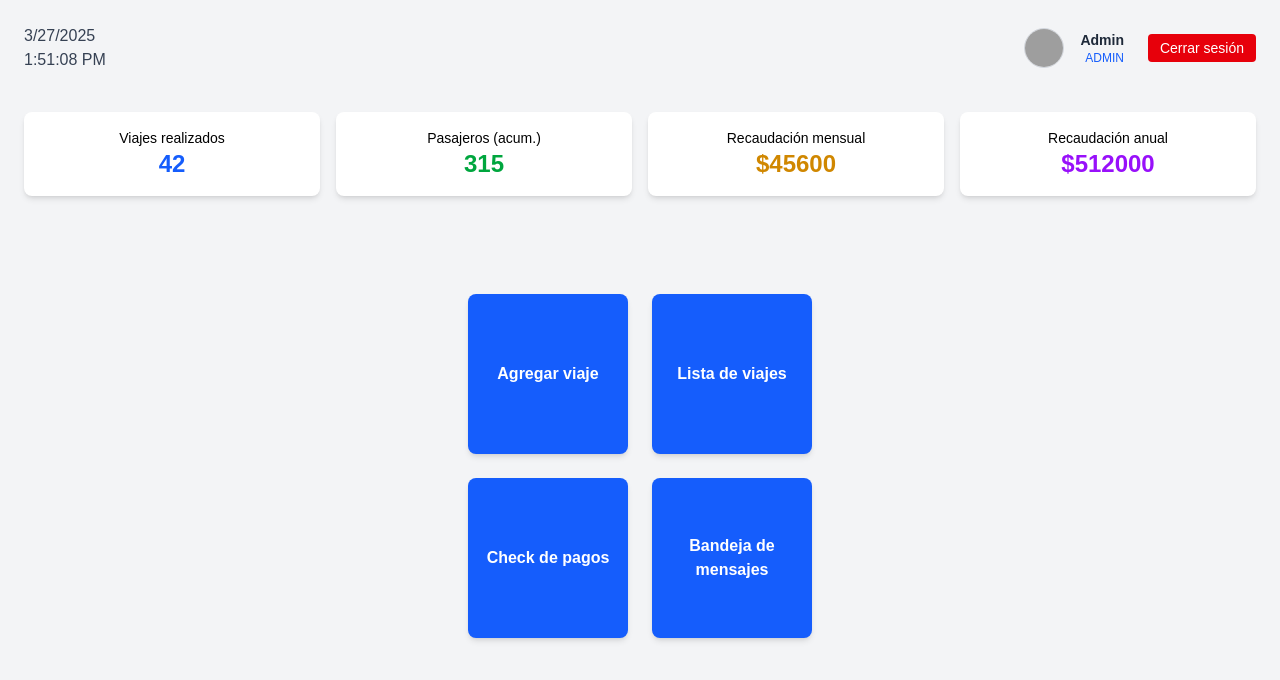
Repository: francoluca35/appcolectivos
Page: /homeadmin
These files come from the project's save history. The page is drawn as it stood at one moment and after the next save; the edit follows.
The browser window is 1280 px wide. The pictures show the whole page.
Pictures or frames that could not be fetched are drawn as grey boxes. The project was rebuilt for these pictures with package versions that can differ from the ones it lists, and the page was loaded fresh each time. The framework's server and built-in components were replaced by stand-ins that run in the browser. Also part of the build but not shown: next.config.mjs.

Above is the page before, as saved 2025-03-27 23:06:41.

### src/app/homeadmin/page.js
"use client";

import React, { useEffect, useState } from "react";
import { useRouter } from "next/navigation";
import EstadisticasPanel from "../components/EstadisticasPanel";

export default function HomeAdmin() {
  const [fechaHora, setFechaHora] = useState(new Date());
  const router = useRouter();

  const usuario = JSON.parse(localStorage.getItem("adminUser")) || {
    username: "Admin",
    role: "admin",
  };
  const stats = {
    cantidadViajes: 42,
    cantidadPasajeros: 315,
    recaudacionMensual: 45600,
    recaudacionAnual: 512000,
  };

  useEffect(() => {
    const interval = setInterval(() => setFechaHora(new Date()), 1000);
    return () => clearInterval(interval);
  }, []);

  const botones = [
    { texto: "Agregar viaje", ruta: "/agregarviaje" },
    { texto: "Lista de viajes", ruta: "/listaviajes" },
    { texto: "Check de pagos", ruta: "/checkpagos" },
    { texto: "Bandeja de mensajes", ruta: "/mensajes" },
  ];

  return (
    <div className="min-h-screen bg-gray-100 p-6 flex flex-col">
      {/* Header */}
      <div className="flex justify-between items-center mb-10">
        {/* Fecha y hora */}
        <div className="text-gray-700 font-medium">
          <p>{fechaHora.toLocaleDateString()}</p>
          <p>{fechaHora.toLocaleTimeString()}</p>
        </div>


<div className="flex items-center gap-4">
  <img
    src="/avatar.png"
    alt="User Avatar"
    className="w-10 h-10 rounded-full border border-gray-300"
  />
  <div className="text-right">
    <p className="text-sm font-bold text-gray-800">{usuario.username}</p>
    <p className="text-xs text-blue-600 uppercase">{usuario.role}</p>
  </div>
  <button
    onClick={() => {
      localStorage.removeItem("adminUser");
      router.push("/admin");
    }}
    className="ml-2 px-3 py-1 text-sm text-white bg-red-600 rounded hover:bg-red-700 transition"
  >
    Cerrar sesión
  </button>
</div>

      </div>
      <EstadisticasPanel stats={stats} />

      {/* Cuadrícula de botones */}
      <div className="flex-grow flex justify-center items-center relative">
  {/* Cuadrícula de botones */}
  <div className="grid grid-cols-2 gap-6">
    {botones.map((btn, i) => (
      <button
        key={i}
        onClick={() => router.push(btn.ruta)}
        className="w-40 h-40 bg-blue-600 text-white font-semibold text-center rounded-lg shadow-md hover:bg-blue-700 transition"
      >
        {btn.texto}
      </button>
    ))}
  </div>

  {/* Botón de logout al centro */}

</div>
    </div>
  );
}

### src/app/components/EstadisticasPanel.js
import React from "react";

export default function EstadisticasPanel({ stats }) {
  return (
    <div className="grid grid-cols-2 md:grid-cols-4 gap-4 mb-10">
      <div className="bg-white shadow-md rounded-lg p-4 text-center">
        <p className="text-sm text-black">Viajes realizados</p>
        <p className="text-2xl font-bold text-blue-600">{stats.cantidadViajes}</p>
      </div>
      <div className="bg-white shadow-md rounded-lg p-4 text-center">
        <p className="text-sm text-black">Pasajeros (acum.)</p>
        <p className="text-2xl font-bold text-green-600 ">{stats.cantidadPasajeros}</p>
      </div>
      <div className="bg-white shadow-md rounded-lg p-4 text-center">
        <p className="text-sm text-black">Recaudación mensual</p>
        <p className="text-2xl font-bold text-yellow-600">${stats.recaudacionMensual}</p>
      </div>
      <div className="bg-white shadow-md rounded-lg p-4 text-center">
        <p className="text-sm text-black">Recaudación anual</p>
        <p className="text-2xl font-bold text-purple-600">${stats.recaudacionAnual}</p>
      </div>
    </div>
  );
}

Loaded but not shown: src/app/layout.js (common file); src/app/globals.css (common file)

After the next save:
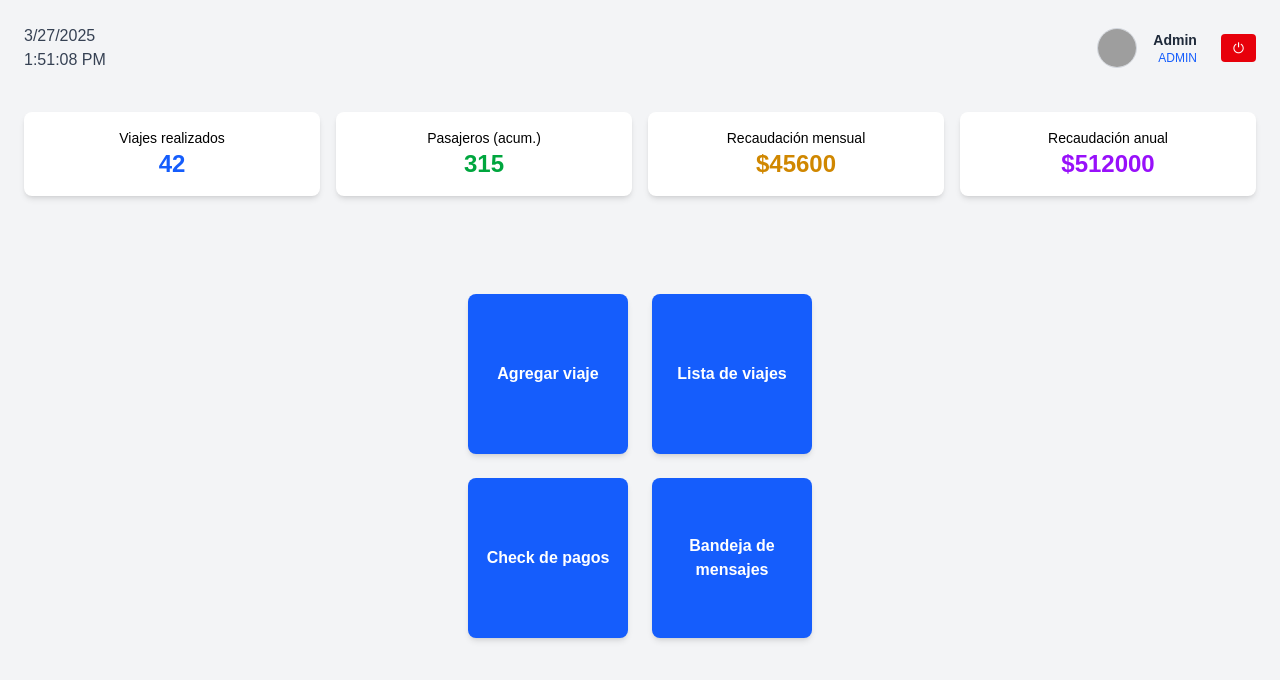
Saved 23 s later.
--- a/src/app/homeadmin/page.js
+++ b/src/app/homeadmin/page.js
@@ -59,7 +59,7 @@ export default function HomeAdmin() {
     }}
     className="ml-2 px-3 py-1 text-sm text-white bg-red-600 rounded hover:bg-red-700 transition"
   >
-    Cerrar sesión
+    ⏻
   </button>
 </div>
 
